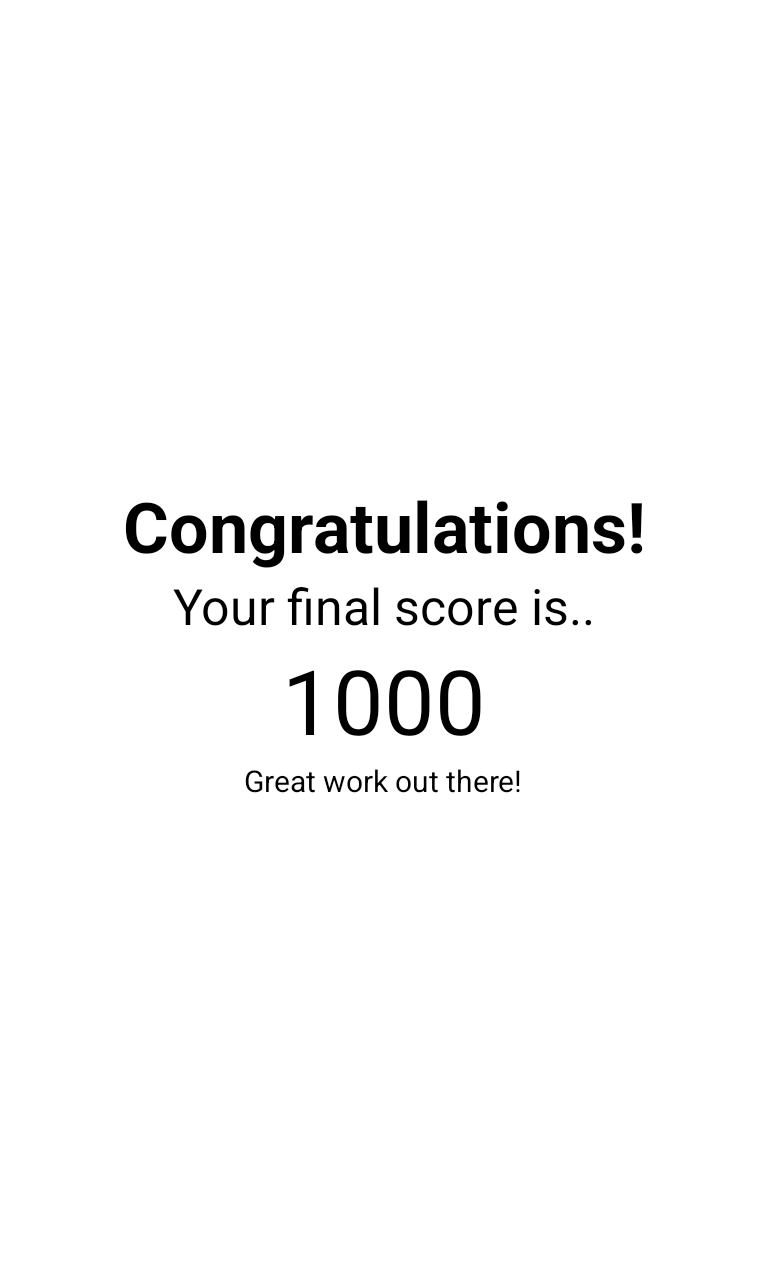
Repository: AGNT/Mobile_application_SU13
Layout: android/Locate/res/layout/activity_final_points.xml
These files come from the project's save history. The layout is drawn as it stood at one moment and after the next save; the edit follows.
It is drawn on a 768 x 1280 px phone screen (xhdpi) without system bars, with theme AppTheme; the app's code is not run.

Above is the layout before, as saved 2013-08-11 02:53:23.

### android/Locate/res/layout/activity_final_points.xml
<?xml version="1.0" encoding="utf-8"?>
<LinearLayout xmlns:android="http://schemas.android.com/apk/res/android"
    android:layout_width="match_parent"
    android:layout_height="match_parent"
    android:gravity="center"
    android:orientation="vertical" >

    <TextView
        android:layout_width="match_parent"
        android:layout_height="wrap_content"
        android:layout_gravity="center"
        android:gravity="center_horizontal"
        android:text="Congratulations!"
        android:textAppearance="?android:attr/textAppearanceLarge"
        android:textColor="#000000"
        android:textSize="35sp"
        android:textStyle="bold" />

    <TextView
        android:layout_width="wrap_content"
        android:layout_height="wrap_content"
        android:text="Your final score is.."
        android:textAppearance="?android:attr/textAppearanceMedium"
        android:textColor="#000000"
        android:textSize="25sp"
        android:id="@+id/version" />

    <TextView
        android:layout_width="wrap_content"
        android:layout_height="wrap_content"
        android:text="1000"
        android:textAppearance="?android:attr/textAppearanceMedium"
        android:textColor="#000000"
        android:textSize="45sp"
        android:id="@+id/version" />

    <TextView
        android:layout_width="wrap_content"
        android:layout_height="wrap_content"
        android:text="Great work out there!"
        android:textAppearance="?android:attr/textAppearanceMedium"
        android:textColor="#000000"
        android:textSize="15sp"
        android:id="@+id/version" />

</LinearLayout>

Loaded but not shown: android/Locate/res/values/styles.xml (common file); android/Locate/res/values-v11/styles.xml (common file); android/Locate/res/values-v14/styles.xml (common file)

After the next save:
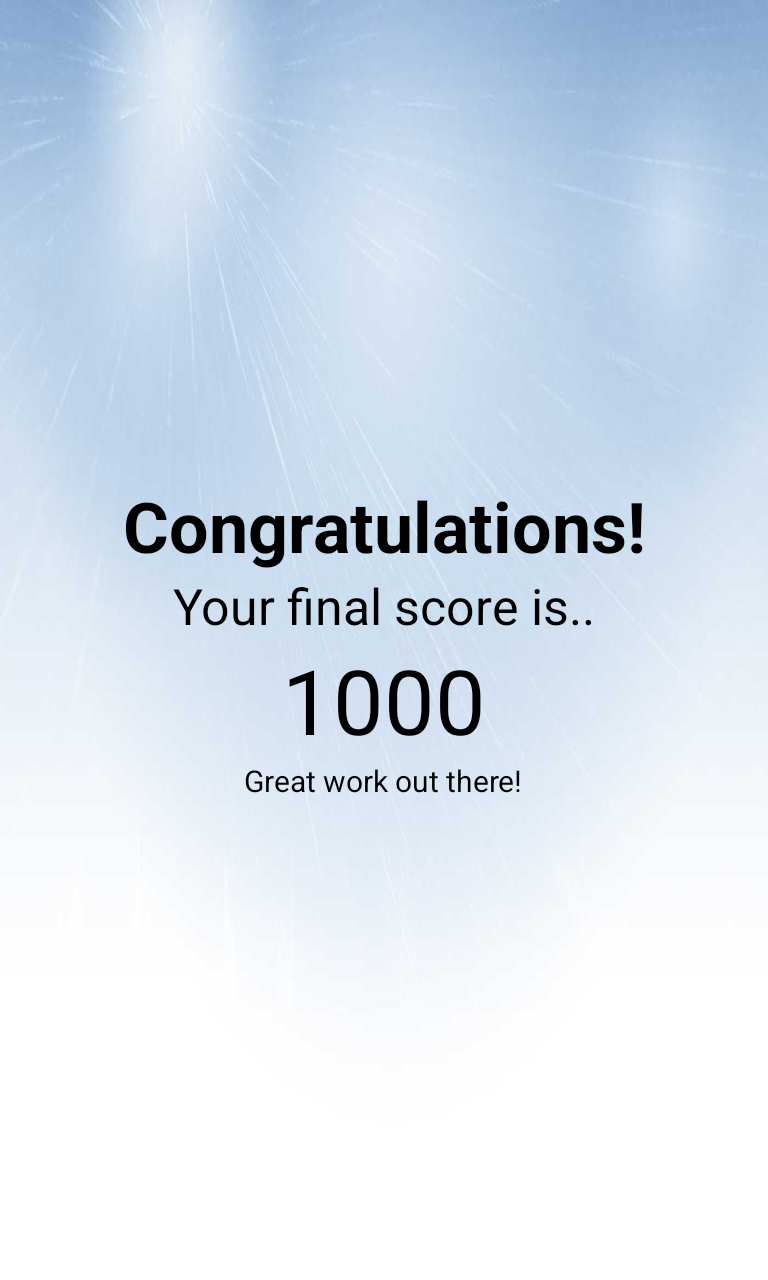
Saved 2 min 50 s later.
--- a/android/Locate/res/layout/activity_final_points.xml
+++ b/android/Locate/res/layout/activity_final_points.xml
@@ -3,7 +3,8 @@
     android:layout_width="match_parent"
     android:layout_height="match_parent"
     android:gravity="center"
-    android:orientation="vertical" >
+    android:orientation="vertical"
+    android:background="@drawable/achieve" >
 
     <TextView
         android:layout_width="match_parent"
